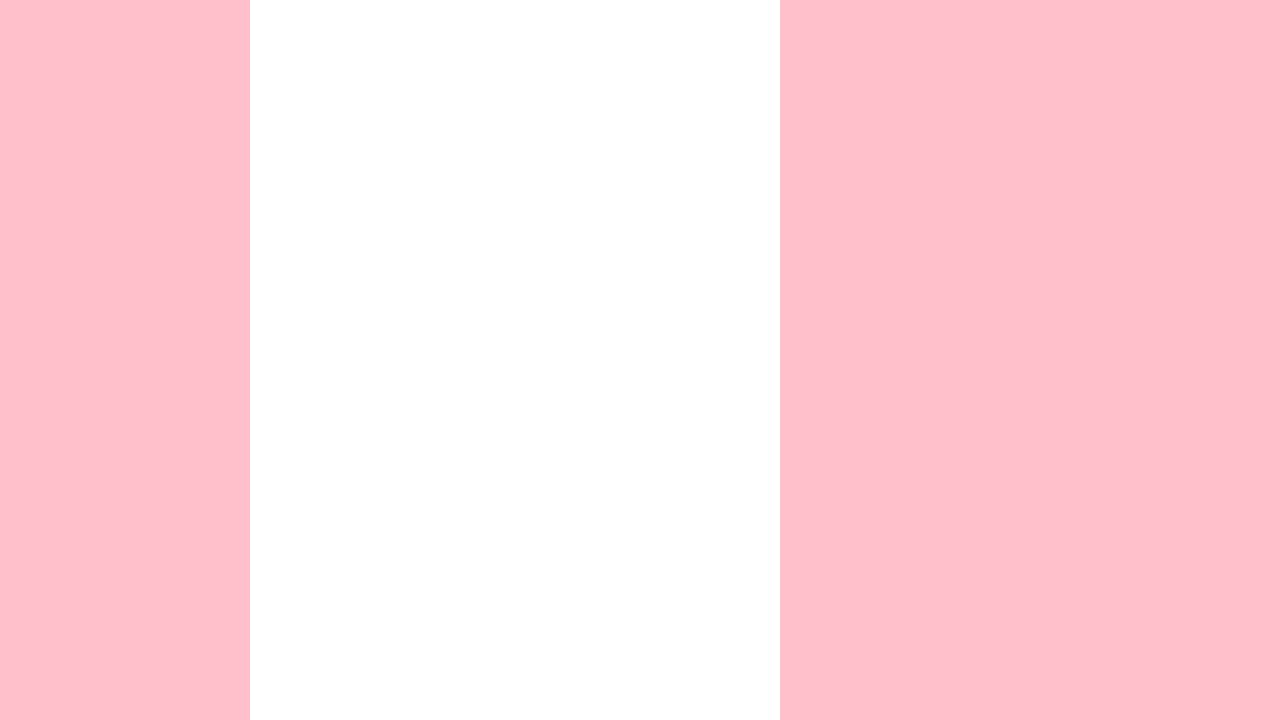
Repository: JJianZ/miao
Page: a.html
These files come from the project's save history. The page is drawn as it stood at one moment and after the next save; the edit follows.
The browser window is 1280 px wide. The pictures show the whole page.

Above is the page before, as saved 2021-11-23 10:23:28.

After the next save:
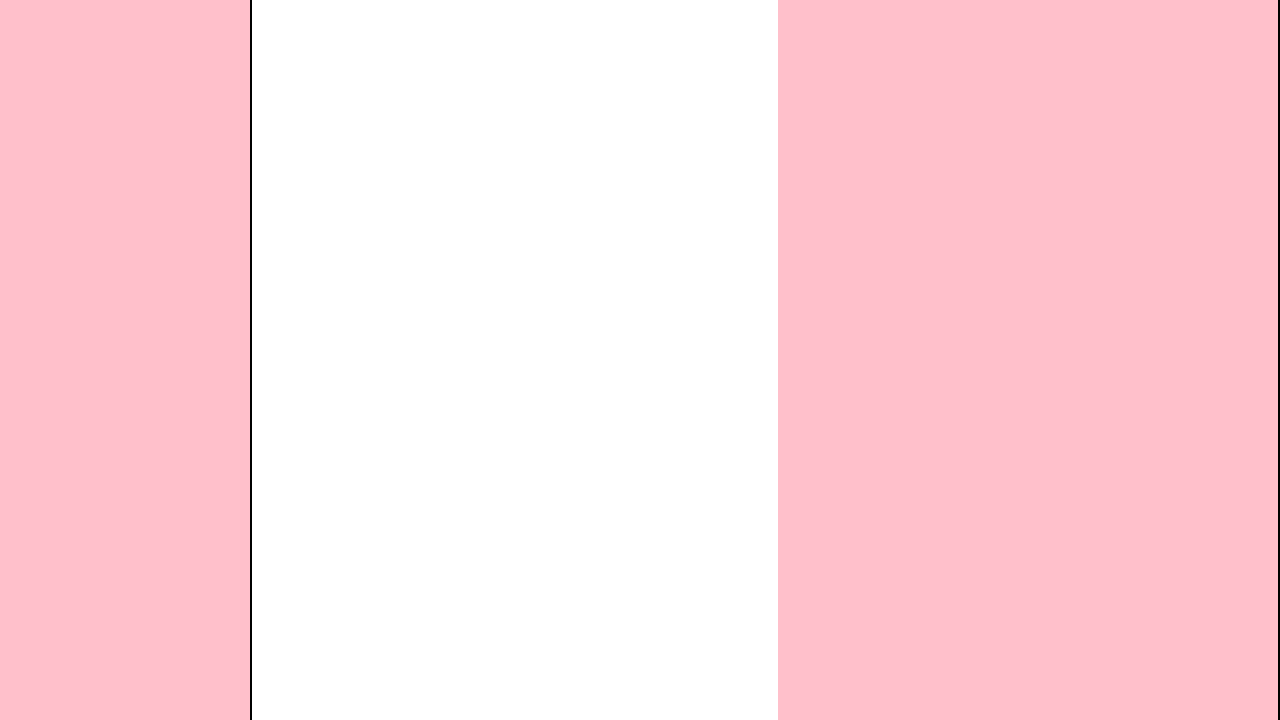
Saved 32 s later.
--- a/a.html
+++ b/a.html
@@ -11,6 +11,7 @@
       padding: 0;
       height: 100%;
       box-shadow: inset 0 1px 1px 1px rbga(0,0,0,0.3);
+      box-sizing: border-box;
     }
 
     div {
@@ -23,6 +24,7 @@
       width: 250px;
       height: 100%;
       background-color: pink;
+      border-right: black 2px solid;
     }
     .second {
       right: 250px;
